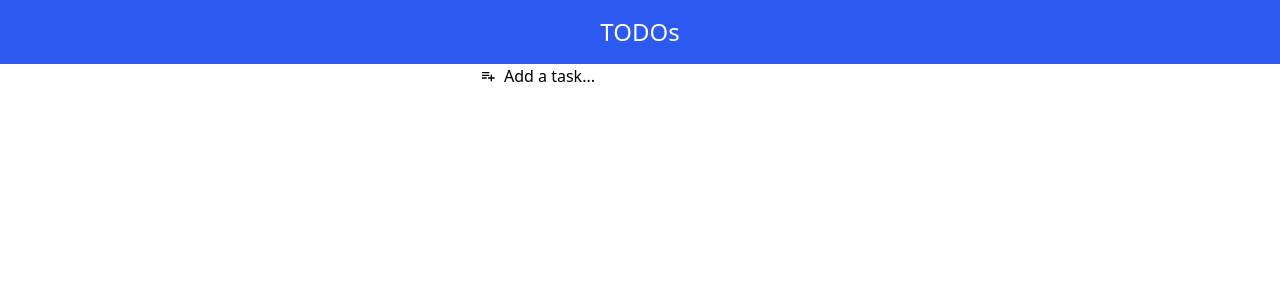
Repository: Jay-JYKim91/wanted-pre-onboarding-challenge-fe-1
Page: /
The author's editor kept a copy of each file at every save. The page is drawn from the files as they stood at one save, then again after the next save.
The browser window is 1280 px wide. The pictures show the whole page.
The project was rebuilt for these pictures with package versions that can differ from the ones it lists, and the page was loaded fresh each time. Also part of the build but not shown: src/page/Auth.tsx.

Above is the page before, as saved 2022-08-01 22:14:28.

After the next save:
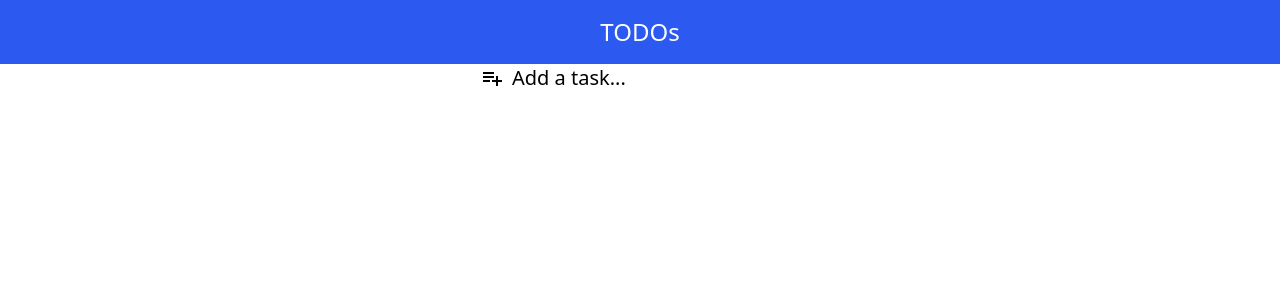
Saved 12 s later.
--- a/src/page/Main.tsx
+++ b/src/page/Main.tsx
@@ -5,8 +5,8 @@ function Main() {
   return (
     <div className="max-w-xs m-auto">
       <button type="button" className="flex items-center">
-        <MdPlaylistAdd className="mr-2" />
-        <span>Add a task...</span>
+        <MdPlaylistAdd className="mr-2 text-2xl" />
+        <span className="text-xl">Add a task...</span>
       </button>
     </div>
   )
